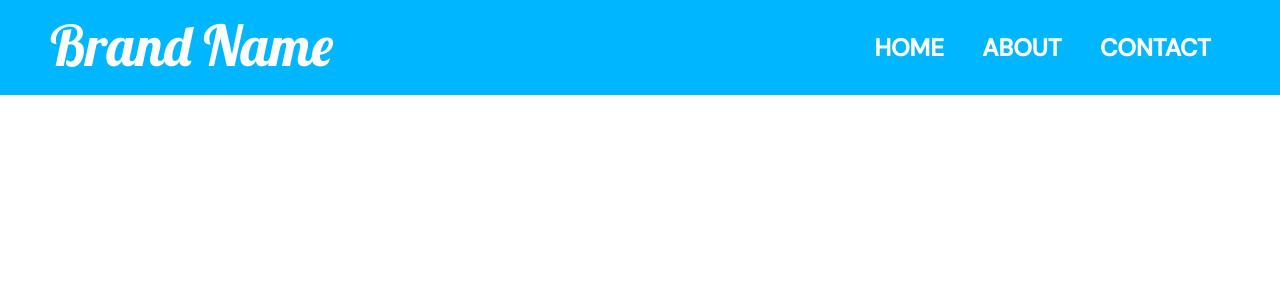
Repository: Jrap-bit/PeriodofSharing
Page: index.html
An editor plug-in stored every save of this project. The page is shown before and after a run of saves, followed by the edit.
The browser window is 1280 px wide. The pictures show the whole page.

Above is the page before, as saved 2022-01-13 21:24:09.

### index.html
<!DOCTYPE html>
<html lang="en">
<head>
    <meta charset="UTF-8">
    <meta http-equiv="X-UA-Compatible" content="IE=edge">
    <meta name="viewport" content="width=device-width, initial-scale=1.0">
    <link rel='stylesheet' href = 'style.css'>
    <title>Women</title>
</head>
<body>
    <nav class="navbar">
        <div class="brand-title">
            Brand Name
        </div>
        <a href="#" class="toggle-button">
            <span class="bar"></span>
            <span class="bar"></span>
            <span class="bar"></span>
        </a>
        <div class="navbar-links">
            <ul>
                <li><a href="#Home">HOME</a></li>
                <li><a href="#About">ABOUT</a></li>
                <li><a href="#Contact">CONTACT</a></li>
            </ul>
        </div>
    </nav>
</body>
</html>

### style.css
@import url('https://fonts.googleapis.com/css2?family=DM+Sans:wght@500&display=swap');
@import url('https://fonts.googleapis.com/css2?family=Bebas+Neue&family=Lobster&display=swap');

* {
    box-sizing: border-box;
    font-family: 'DM Sans', sans-serif;
}

body {
    margin: 0;
    padding: 0;
}

html{
    scroll-behavior: smooth;
}

.navbar{
    display: flex;
    justify-content: space-between;
    align-items: center;
    background-color: rgb(0, 183, 255);
    color: white;

}

.brand-title{
    font-family: 'Lobster', cursive;
    font-size: 3.5rem;
    margin: 10px 50px;
    margin-bottom: 15px;

}

.navbar-links ul{
    margin: 10px 50px 10px 50px;
    padding: 0;
    display: flex;
}

.navbar-links li {
    font-family: 'Bebas Neue', cursive;
    font-weight: bold;
    list-style: none;
    font-size: 1.5rem;

}

.navbar-links li a{
    text-decoration: none;
    color: white;
    padding: 1.2rem;
    display: block;
}

.navbar-links li:hover{
    background-color: rgb(1, 54, 75);
}

.toggle-button {
    position: absolute;
    top: .75rem;
    right: 1rem;
    display: none;
    flex-direction: column;
    justify-content: space-between;
    width: 30px;
    height: 21px;
}

.toggle-button .bar{
    height: 3px;
    width: 100%;
    background-color: white;
    border-radius: 10px;
}

@media (max-width: 800px) {
    .toggle-button{
        display: flex;
    }
    .navbar-links{
        display: none;
        width: 100%;
    }

    .navbar{
        flex-direction: column;
        align-items: flex-start;
    }

    .navbar-links ul {
        flex-direction: column;
        width: 100%;

    }

    .navbar-links li{
        text-align: center;
    }

    .navbar-links li a{
        padding: 0.5rem 1rem;
    }

    .navbar-links.active{
        display: flex;
    }

    .toggle-button:hover{
        background-color: #666;
    }
}

After the next 2 saves:
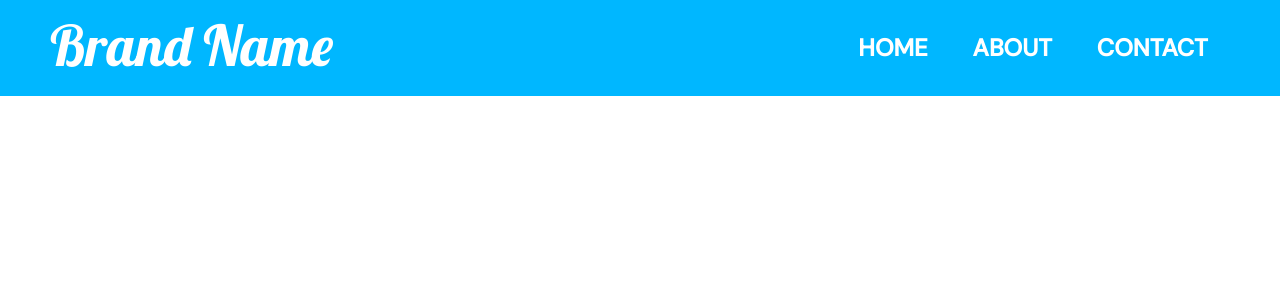
The 2 saves are shown as one change because they came seconds apart.
The last was saved 14 s later.
--- a/style.css
+++ b/style.css
@@ -49,7 +49,7 @@ html{
 .navbar-links li a{
     text-decoration: none;
     color: white;
-    padding: 1.2rem;
+    padding: 1.4rem;
     display: block;
 }
 
